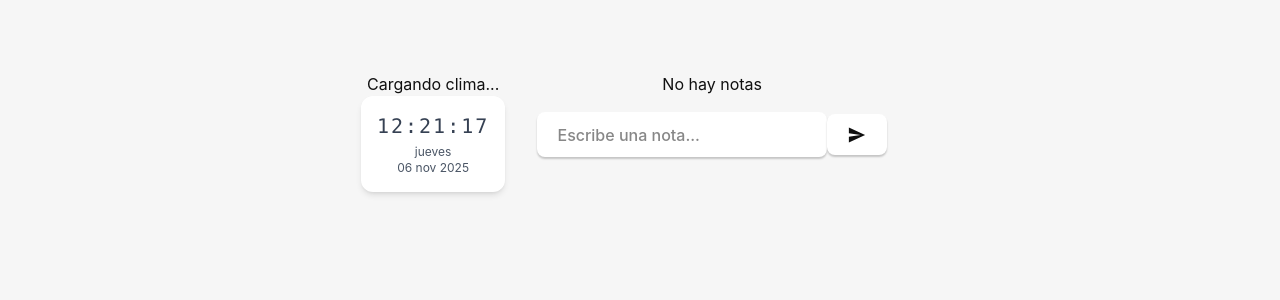
Repository: CodeByEvans/my-romantic-widget
Page: /
The author's editor kept a copy of each file at every save. The page is drawn from the files as they stood at one save, then again after the next save.
The browser window is 1280 px wide. The pictures show the whole page.
The page's requests for data from a server got no answer. The project was rebuilt for these pictures with package versions that can differ from the ones it lists, and the page was loaded fresh each time. No one was signed in, and anything a server would have sent is missing. Also part of the build but not shown: vite.config.ts.

Above is the page before, as saved 2025-11-06 12:24:14.

### src/App.tsx
import "./App.css";
import { Clock } from "./components/Clock";
import { NoteInput } from "./components/NoteInput";
import { NotesList } from "./components/NotesList";
import { WeatherWidget } from "./components/WeatherWidget";

function App() {
  return (
    <main className="container mx-auto p-4">
      <section className="flex flex-row gap-8  max-w-4xl mx-auto">
        <div>
          <WeatherWidget />
          <Clock />
        </div>

        <div>
          <NotesList />
          <NoteInput />
        </div>
        <div></div>
      </section>
    </main>
  );
}

export default App;

### src/App.css
@import "tailwindcss";

.logo.vite:hover {
  filter: drop-shadow(0 0 2em #747bff);
}

.logo.react:hover {
  filter: drop-shadow(0 0 2em #61dafb);
}
:root {
  font-family: Inter, Avenir, Helvetica, Arial, sans-serif;
  font-size: 16px;
  line-height: 24px;
  font-weight: 400;

  color: #0f0f0f;
  background-color: #f6f6f6;

  font-synthesis: none;
  text-rendering: optimizeLegibility;
  -webkit-font-smoothing: antialiased;
  -moz-osx-font-smoothing: grayscale;
  -webkit-text-size-adjust: 100%;
}

.container {
  margin: 0;
  padding-top: 10vh;
  display: flex;
  flex-direction: column;
  justify-content: center;
  text-align: center;
}

.logo {
  height: 6em;
  padding: 1.5em;
  will-change: filter;
  transition: 0.75s;
}

.logo.tauri:hover {
  filter: drop-shadow(0 0 2em #24c8db);
}

.row {
  display: flex;
  justify-content: center;
}

a {
  font-weight: 500;
  color: #646cff;
  text-decoration: inherit;
}

a:hover {
  color: #535bf2;
}

h1 {
  text-align: center;
}

input,
button {
  border-radius: 8px;
  border: 1px solid transparent;
  padding: 0.6em 1.2em;
  font-size: 1em;
  font-weight: 500;
  font-family: inherit;
  color: #0f0f0f;
  background-color: #ffffff;
  transition: border-color 0.25s;
  box-shadow: 0 2px 2px rgba(0, 0, 0, 0.2);
}

button {
  cursor: pointer;
}

button:hover {
  border-color: #396cd8;
}
button:active {
  border-color: #396cd8;
  background-color: #e8e8e8;
}

input,
button {
  outline: none;
}

#greet-input {
  margin-right: 5px;
}

@media (prefers-color-scheme: dark) {
  :root {
    color: #f6f6f6;
    background-color: #2f2f2f;
  }

  a:hover {
    color: #24c8db;
  }

  input,
  button {
    color: #ffffff;
    background-color: #0f0f0f98;
  }
  button:active {
    background-color: #0f0f0f69;
  }
}

### src/components/Clock.tsx
import { useEffect, useState } from "react";

export const Clock = () => {
  const [time, setTime] = useState(new Date());

  useEffect(() => {
    const interval = setInterval(() => {
      setTime(new Date());
    }, 1000);

    return () => clearInterval(interval);
  }, []);

  const hours = time.getHours().toString().padStart(2, "0");
  const minutes = time.getMinutes().toString().padStart(2, "0");
  const seconds = time.getSeconds().toString().padStart(2, "0");

  const day = time.toLocaleDateString("es-ES", { weekday: "long" });
  const date = time.toLocaleDateString("es-ES", {
    day: "2-digit",
    month: "short",
    year: "numeric",
  });

  return (
    <div className="bg-white backdrop-blur-md rounded-xl shadow-md p-4 flex flex-col items-center justify-center min-w-[140px]">
      <p className="text-xl font-mono tracking-widest text-gray-700">
        {hours}:{minutes}:{seconds}
      </p>
      <p className="text-xs text-gray-600 mt-1">{day}</p>
      <p className="text-xs text-gray-600">{date}</p>
    </div>
  );
};

### src/components/NoteInput.tsx
import { IoMdSend } from "react-icons/io";

export const NoteInput = () => {
  return (
    <form action="" className="flex flex-row items-center">
      <input
        type="text"
        placeholder="Escribe una nota..."
        className="mt-4 p-2 border rounded w-full max-w-md"
      />
      <button
        type="submit"
        className="mt-4 p-2 bg-blue-500 text-white rounded max-w-sm"
      >
        <IoMdSend size={20} />
      </button>
    </form>
  );
};

### src/components/NotesList.tsx
import { useRealTimeNotes } from "../hooks/useRealTimeNotes";

export const NotesList = () => {
  const notes = useRealTimeNotes();

  const sortedNotes = [...notes].sort(
    (a, b) =>
      new Date(b.created_at).getTime() - new Date(a.created_at).getTime()
  );

  const noteToShow = sortedNotes[0];

  if (!noteToShow) return <div>No hay notas</div>;

  return (
    <div className="flex flex-col gap-4  overflow-y-auto w-max min-w-[200px] max-w-md p-4 bg-white bg-opacity-30 backdrop-blur-md rounded-xl">
      <div>
        <div className="flex justify-between items-center mb-1">
          <h3 className="font-bold text-lg text-left text-gray-500">
            {noteToShow.from}
          </h3>
          <small className="text-xs text-right text-gray-400">
            {new Date(noteToShow.created_at).toLocaleString()}
          </small>
        </div>
        <p className="text-left text-gray-500">{noteToShow.message}</p>
      </div>
    </div>
  );
};

### src/components/WeatherWidget.tsx
import { useWeather } from "../hooks/useWeather";
import { WeatherData } from "../types/weather";

export const WeatherWidget = () => {
  const { data, loading, errorWeather } = useWeather();

  if (errorWeather) {
    return <div>{errorWeather}</div>;
  }

  if (loading || !data) {
    return <div>Cargando clima...</div>;
  }

  return (
    <div className="flex gap-6 w-full justify-center bg-blue-200 bg-opacity-30 backdrop-blur-md rounded-xl">
      {Object.entries(data).map(([city, info]: [string, WeatherData]) => (
        <div key={city} className="p-4 rounded-xl">
          <h2 className="text-xl font-bold mb-2">{city}</h2>

          <p className="text-3xl font-semibold">{info.main.temp}°C</p>
        </div>
      ))}
    </div>
  );
};

### src/hooks/useRealTimeNotes.ts
import { useEffect, useState } from "react";
import z from "zod";
import { supabase } from "../services/supabaseClient";

const noteSchema = z.object({
  id: z.number(),
  from: z.string(),
  message: z.string(),
  created_at: z.string(),
});

type Note = z.infer<typeof noteSchema>;

export const useRealTimeNotes = () => {
  const [notes, setNotes] = useState<Note[]>([]);

  useEffect(() => {
    // Cargar notas iniciales
    supabase
      .from<"notes", Note>("notes")
      .select("*")
      .then(({ data, error }) => {
        if (data) {
          setNotes(data);
          console.log("Notas cargadas:", data);
        } else {
          console.error("Error fetching notes:", error);
        }
      });

    // Suscripción en tiempo real
    const channel = supabase
      .channel("public:notes")
      .on(
        "postgres_changes",
        { event: "*", schema: "public", table: "notes" },
        (payload) => {
          console.log("Cambio dettectado:", payload);

          if (payload.eventType === "INSERT") {
            const newNote = noteSchema.parse(payload.new);
            setNotes((prevNotes) => [...prevNotes, newNote]);
            console.log("Nota añadida:", newNote);
          } else if (payload.eventType === "UPDATE") {
            setNotes((prev) =>
              prev.map((note) =>
                note.id === payload.new.id
                  ? noteSchema.parse(payload.new)
                  : note
              )
            );
          } else if (payload.eventType === "DELETE") {
            setNotes((prev) =>
              prev.filter((note) => note.id !== payload.old.id)
            );
          }
        }
      )
      .subscribe();

    return () => {
      supabase.removeChannel(channel);
    };
  }, []);

  return notes;
};

### src/hooks/useWeather.ts
import { useEffect, useState } from "react";
import {
  getCityByCoordinates,
  getWeatherByCity,
} from "../services/weatherService";
import { WeatherData } from "../types/weather";
import { useGeolocation } from "./useGeolocation";

export const useWeather = () => {
  const { coords, error } = useGeolocation();
  const [data, setData] = useState<Record<string, WeatherData> | null>(null);
  const [loading, setLoading] = useState<boolean>(false);
  const [errorWeather, setErrorWeather] = useState<string | null>(null);

  useEffect(() => {
    if (error) setErrorWeather(error);
  }, [error]);

  useEffect(() => {
    if (!coords) return;

    const fetchWeather = async () => {
      setLoading(true);
      try {
        const city = await getCityByCoordinates(
          coords.latitude,
          coords.longitude
        );
        const weather = await getWeatherByCity(city[0].name);
        setData({ [city[0].name]: weather });
      } catch (error) {
        console.error(error);
      } finally {
        setLoading(false);
      }
    };

    fetchWeather();
  }, [coords]);

  return { data, loading, errorWeather };
};

### src/services/supabaseClient.ts
import { createClient } from "@supabase/supabase-js";
import { envs } from "../config/envs";

export const supabase = createClient(envs.supabaseUrl, envs.supabaseAnonKey, {
  realtime: {
    params: {
      eventsPerSecond: 10,
    },
  },
});

### src/services/weatherService.ts
import { envs } from "../config/envs";

export const getWeatherByCity = async (city: string) => {
  const response = await fetch(
    `https://api.openweathermap.org/data/2.5/weather?q=${city}&appid=${envs.openWeatherApiKey}&units=metric`
  );

  if (!response.ok) {
    throw new Error("No se pudo obtener el clima");
  }
  return response.json();
};

export const getCityByCoordinates = async (lat: number, lon: number) => {
  const response = await fetch(
    `https://api.openweathermap.org/geo/1.0/reverse?lat=${lat}&lon=${lon}&limit=1&appid=${envs.openWeatherApiKey}`
  );

  if (!response.ok) {
    throw new Error("No se pudo obtener la ciudad");
  }

  return response.json();
};

### src/hooks/useGeolocation.ts
import { useEffect, useState } from "react";

export const useGeolocation = () => {
  const [coords, setCoords] = useState<{
    latitude: number;
    longitude: number;
  } | null>(null);
  const [error, setError] = useState<string | null>(null);

  useEffect(() => {
    if (!navigator.geolocation) {
      setError("Geolocalización no soportada por el navegador");
      return;
    }

    navigator.geolocation.getCurrentPosition(
      (position) => {
        setCoords({
          latitude: position.coords.latitude,
          longitude: position.coords.longitude,
        });
      },
      (err) => {
        setError(`Error obteniendo la geolocalización: ${err.message}`);
      }
    );
  }, []);

  return { coords, error };
};

### src/config/envs.ts
import * as z from "zod";

const envSchema = z.object({
  VITE_SUPABASE_URL: z.string().url(),
  VITE_SUPABASE_ANON_KEY: z.string().min(1),
  VITE_OPEN_WEATHER_API_KEY: z.string().min(1),
});

const parsed = envSchema.parse(import.meta.env);

export const envs = {
  supabaseUrl: parsed.VITE_SUPABASE_URL,
  supabaseAnonKey: parsed.VITE_SUPABASE_ANON_KEY,
  openWeatherApiKey: parsed.VITE_OPEN_WEATHER_API_KEY,
};

Loaded but not shown: index.html (common file); src/main.tsx (common file)

After the next save:
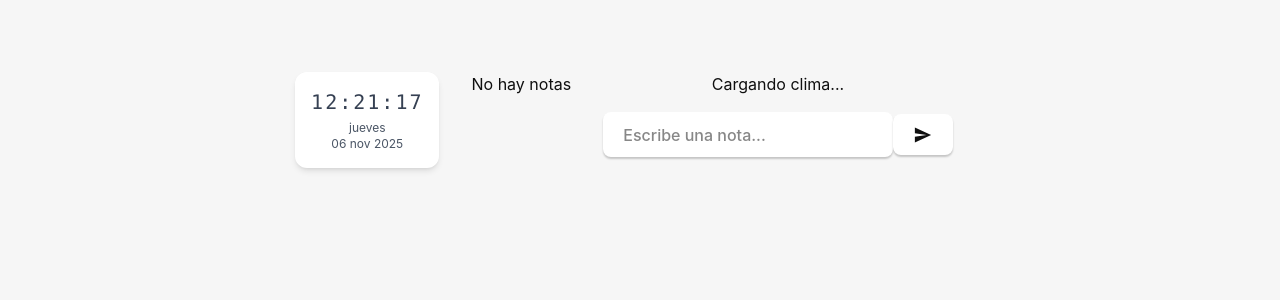
Saved 9 s later.
--- a/src/App.tsx
+++ b/src/App.tsx
@@ -8,13 +8,10 @@ function App() {
   return (
     <main className="container mx-auto p-4">
       <section className="flex flex-row gap-8  max-w-4xl mx-auto">
+        <Clock />
+        <NotesList />
         <div>
           <WeatherWidget />
-          <Clock />
-        </div>
-
-        <div>
-          <NotesList />
           <NoteInput />
         </div>
         <div></div>
